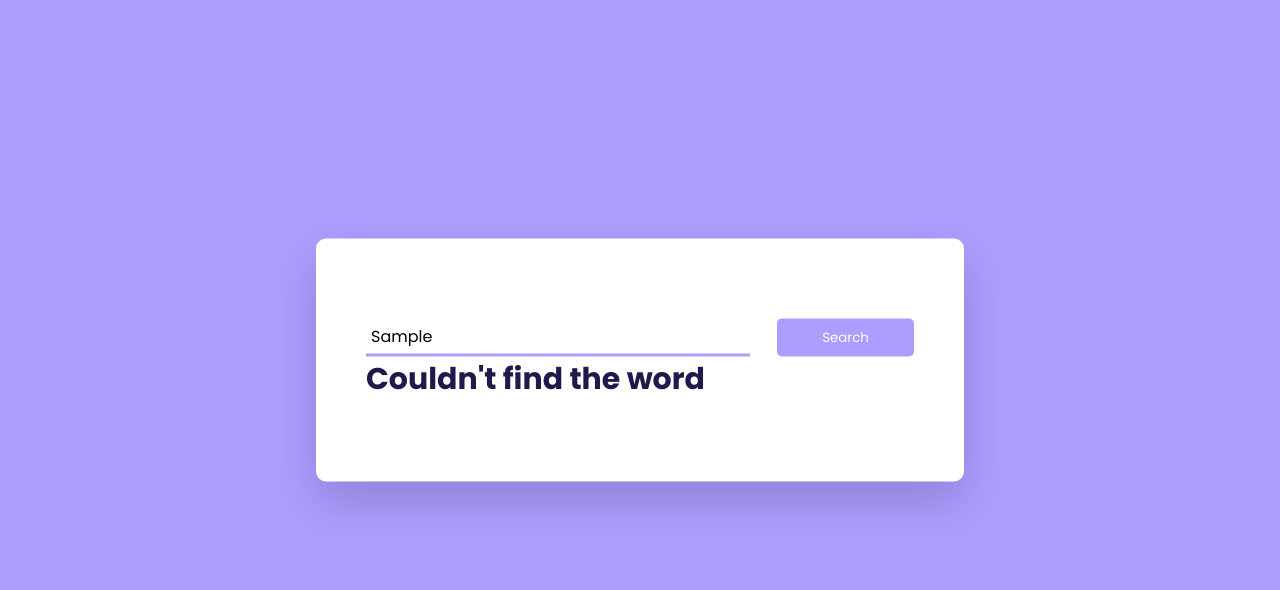
Repository: MohamedMostafaTaha/Translation_app
Page: index.html
The author's editor kept a copy of each file at every save. The page is drawn from the files as they stood at one save, then again after the next save.
The browser window is 1280 px wide. The pictures show the whole page.
Empty fields were first filled with sample values (such as "Sample", 5 or name@example.com).
After loading, the first visible `#search-btn` was clicked once.
The page's requests for data from a server got no answer.

Above is the page before, as saved 2023-09-16 19:34:06.

After the next save:
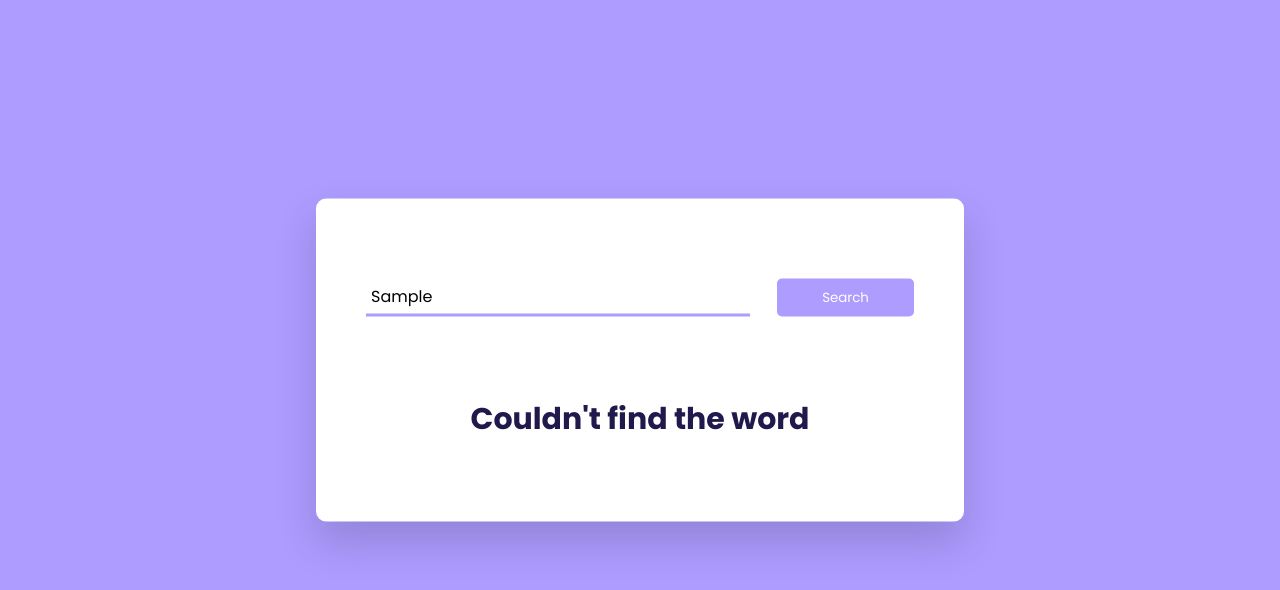
Saved 34 s later.
--- a/style.css
+++ b/style.css
@@ -93,3 +93,8 @@ body {
   margin-top: 30px;
   background-color: #f1eefc;
 }
+
+.error {
+  margin-top: 80px;
+  text-align: center;
+}
